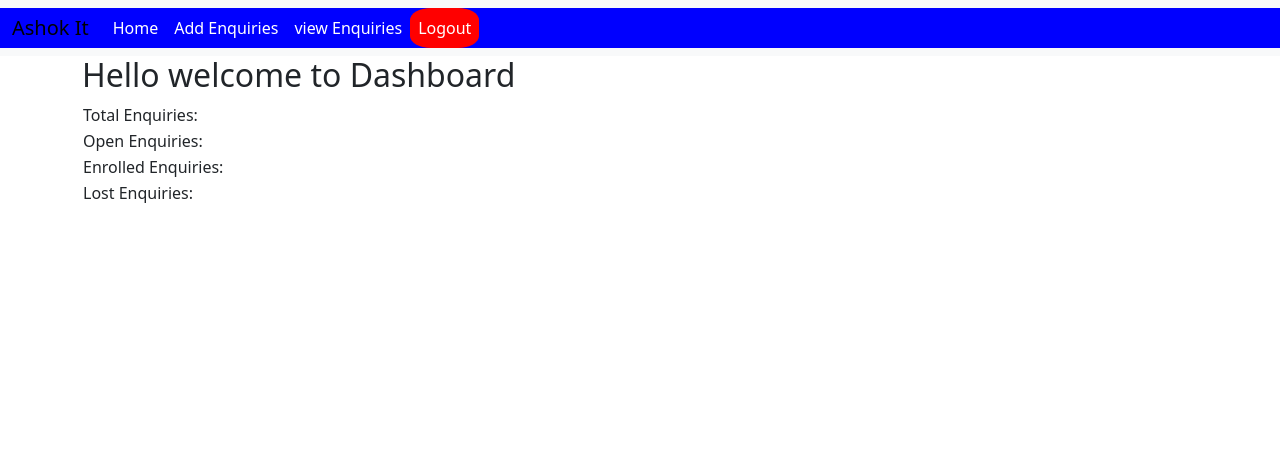
Repository: dibyajyotipanigrahi/Mini-Projects
Page: http://localhost/dashboard
An editor plug-in stored every save of this project. The page is shown before and after the next save, followed by the edit.
The browser window is 1280 px wide. The pictures show the whole page.
The page is this project's Thymeleaf template; nobody is signed in. The template is opened directly, without the code that normally fills it, so the values that code supplies are empty.

Above is the page before, as saved 2024-04-25 19:35:24.

After the next save:
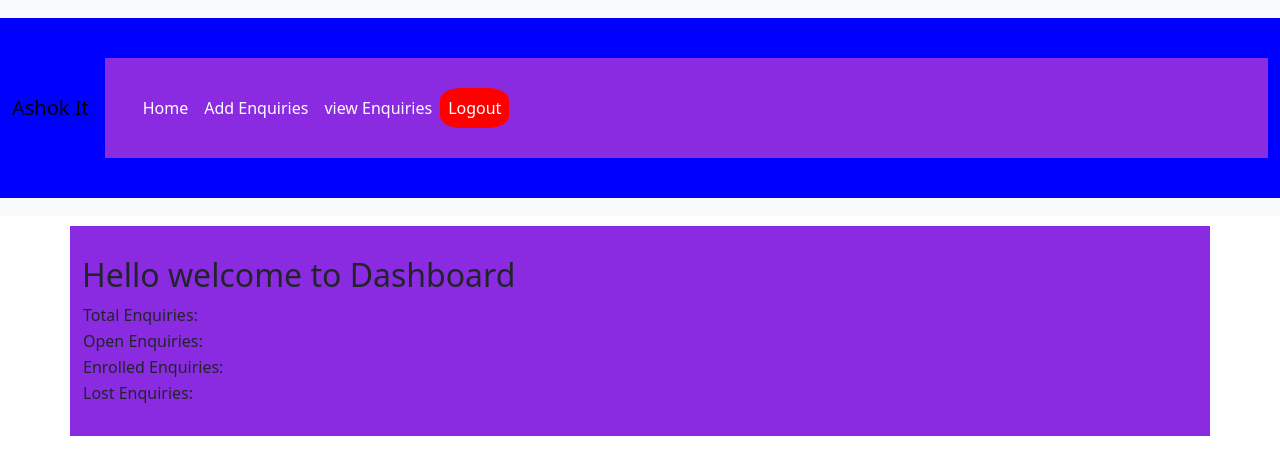
Saved 36 s later.
--- a/01-Councellors-Application/src/main/resources/templates/dashboard.html
+++ b/01-Councellors-Application/src/main/resources/templates/dashboard.html
@@ -11,7 +11,7 @@
 		.nav-link {
 			color: white;
 		}
-		form {
+		div {
 			width: 60%;
 			background-color:blueviolet;
 			padding: 30px;
